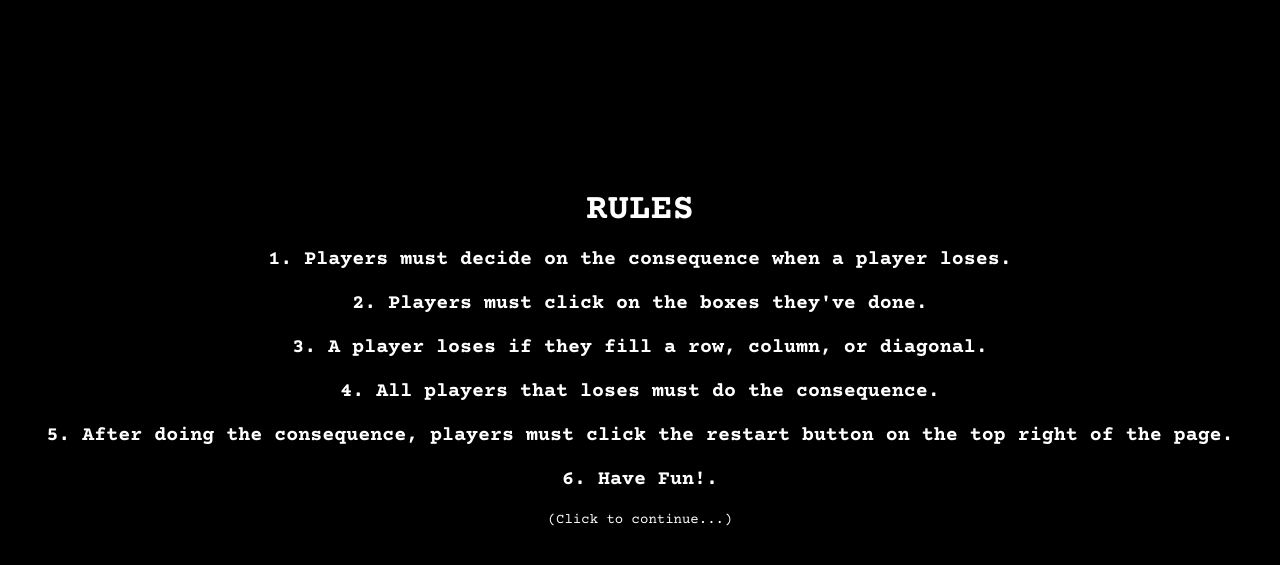
Repository: Jeysmeister/sensoryminds-bingo
Page: /
These files come from the project's save history. The page is drawn as it stood at one moment and after a run of saves; the edit follows.
The browser window is 1280 px wide. The pictures show the whole page.
The project was rebuilt for these pictures with package versions that can differ from the ones it lists, and the page was loaded fresh each time. The framework's server and built-in components were replaced by stand-ins that run in the browser. Also part of the build but not shown: next.config.ts.

Above is the page before, as saved 2024-11-12 18:06:06.

After the next 2 saves:
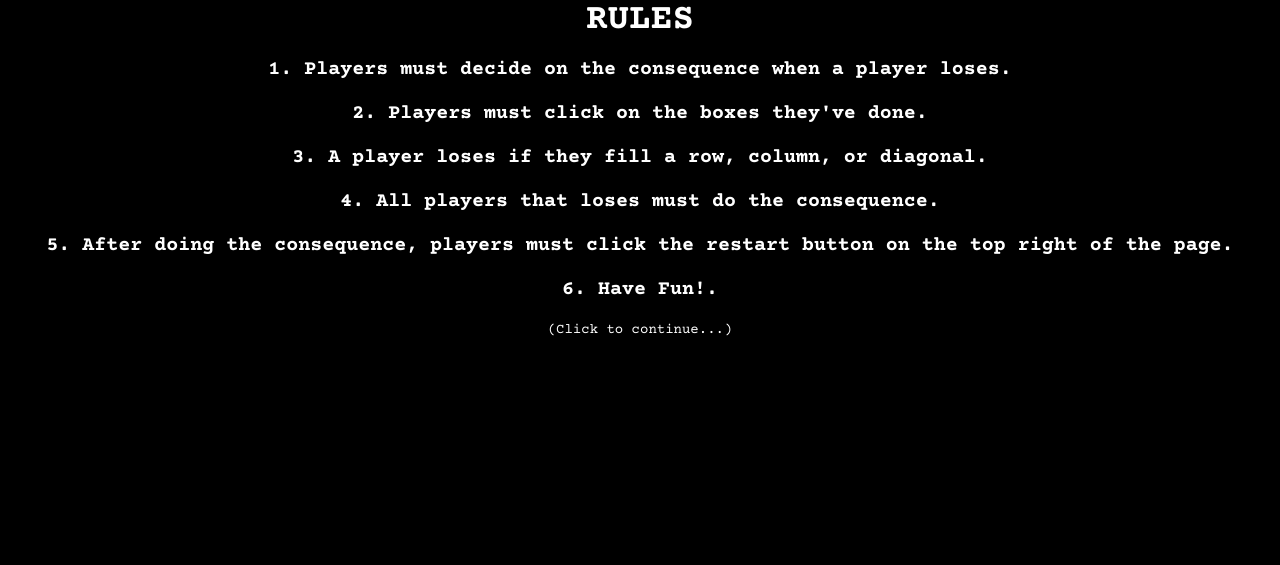
The 2 saves are shown as one change because they came seconds apart.
The last was saved 15 s later.
--- a/app/page.tsx
+++ b/app/page.tsx
@@ -17,7 +17,7 @@ export default function Home() {
         </div>
       </div> */}
       <div className="cursor-pointer">
-        <div className="w-screen h-screen flex justify-center items-center text-white bg-black flex-col gap-4">
+        <div className="w-screen h-screen flex text-left items-center text-white bg-black flex-col gap-4">
           <div className="text-4xl font-extrabold">RULES</div>
           <div className="text-xl font-bold">1. Players must decide on the consequence when a player loses.</div>
           <div className="text-xl font-bold">2. Players must click on the boxes they've done.</div>
